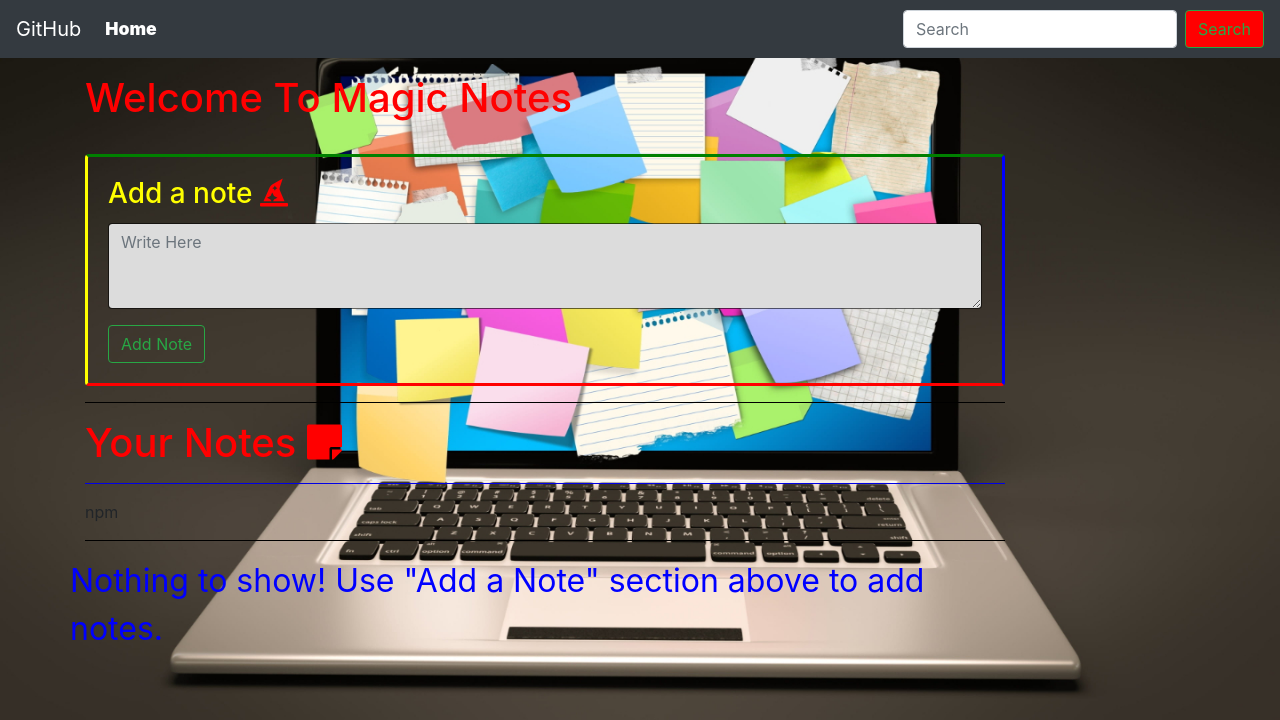
Repository: Prrajainn/Project-MagiCNotes
Page: magicNotes.html
An editor plug-in stored every save of this project. The page is shown before and after the next save, followed by the edit.
The browser window is 1280 px wide. The pictures show the whole page.

Above is the page before, as saved 2020-08-11 21:28:27.

After the next save:
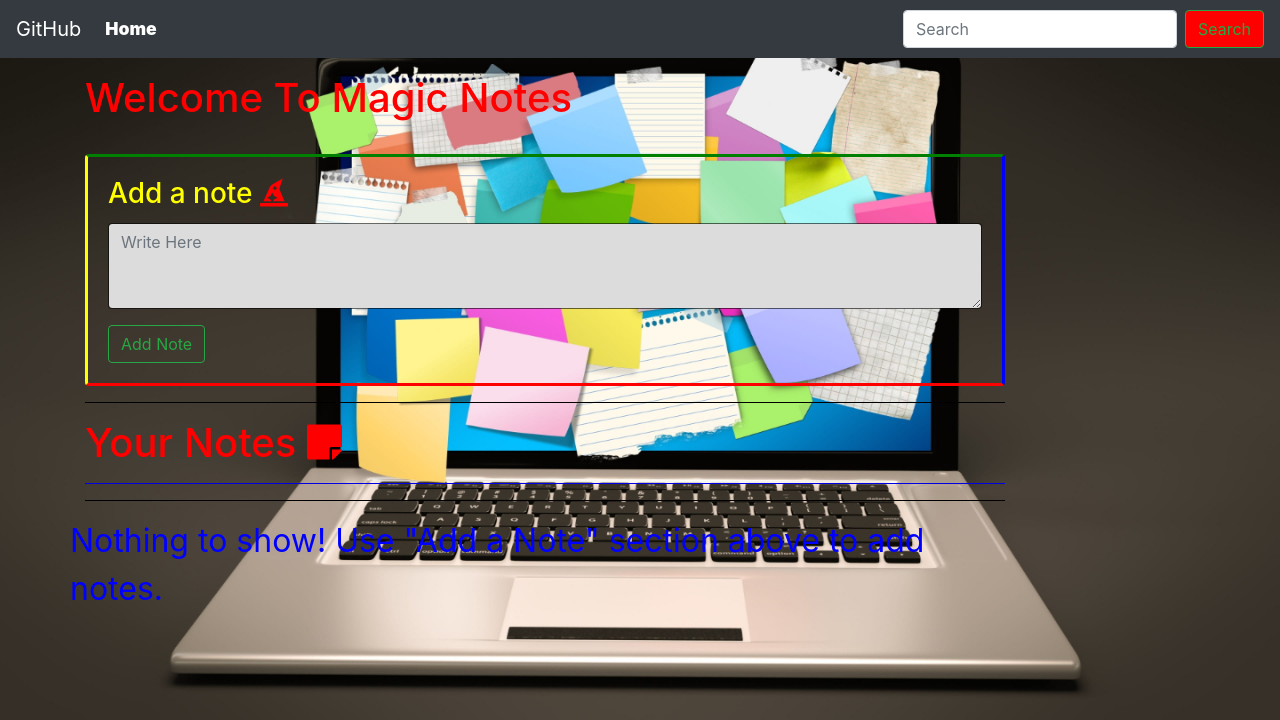
Saved 79 s later.
--- a/magicNotes.html
+++ b/magicNotes.html
@@ -70,7 +70,7 @@
         </div>
         <hr color="black">
         <h1 style="color: red;">Your Notes <i style="color: red;" class="fas fa-sticky-note"></i></h1>
-        <hr color="blue">npm
+        <hr color="blue">
         <hr color="black">
         <div id="notes" class="row container-fluid"></div>
       </div>
